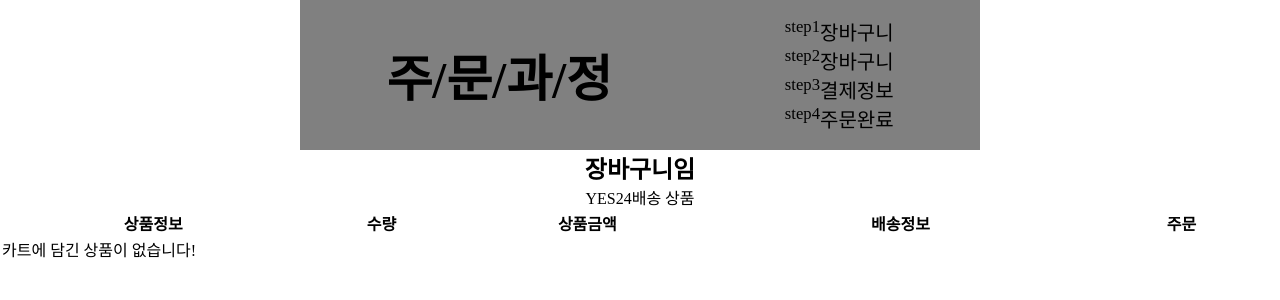
Repository: kym-1000/book
Page: http://localhost/book/WEB-INF/views/cart/cart1.jsp
These files come from the project's save history. The page is drawn as it stood at one moment and after the next save; the edit follows.
The browser window is 1280 px wide. The pictures show the whole page.
The page is served by Tomcat 9. Nobody is signed in. Other server files are loaded and not shown. The template is opened directly, without the code that normally fills it, so the values that code supplies are empty.

Above is the page before, as saved 2023-01-02 08:41:35.

### book/book/src/main/webapp/WEB-INF/views/cart/cart1.jsp
<%@ page language="java" contentType="text/html; charset=UTF-8"
    pageEncoding="UTF-8"%>
<!DOCTYPE html>
<html>
<head>
<meta charset="UTF-8">
<title>Insert title here</title>
	<style type="text/css">

		*{
			margin: auto;
			padding: 0;
		}

	</style>
</head>
<body>

	<jsp:include page="../cart/cartheader.jsp"></jsp:include>


	<h2 style="text-align: center;">장바구니임</h2>

	<table data-v-3db761a0="" width="100%" class="tb_nor tb_cart"><caption data-v-3db761a0="">
      YES24배송 상품
    </caption> <colgroup data-v-3db761a0=""><col data-v-3db761a0="" width="40"> <col data-v-3db761a0="" width="100"> <col data-v-3db761a0="" width="*"> <col data-v-3db761a0="" width="70"> <col data-v-3db761a0="" width="120"> <col data-v-3db761a0="" width="170"> <col data-v-3db761a0="" width="90"></colgroup> <thead data-v-3db761a0=""><tr data-v-3db761a0=""><th data-v-3db761a0="" colspan="3" scope="col" class="txt">상품정보</th> <th data-v-3db761a0="" scope="col" class="txt">수량</th> <th data-v-3db761a0="" scope="col" class="txt">상품금액</th> <th data-v-3db761a0="" scope="col" class="txt">배송정보</th> <th data-v-3db761a0="" scope="col" class="txt lastCol">주문</th></tr></thead> <tbody data-v-3db761a0=""><tr data-v-3db761a0=""><td data-v-3db761a0="" colspan="7" class="noData"><p data-v-3db761a0="" class="txt_tit">카트에 담긴 상품이 없습니다!</p></td></tr></tbody></table>
</body>
</html>

### book/book/src/main/webapp/WEB-INF/views/cart/cartheader.jsp
<%@ page language="java" contentType="text/html; charset=UTF-8"
    pageEncoding="UTF-8"%>
<%@ taglib uri="http://java.sun.com/jsp/jstl/core" prefix="c" %>
<!DOCTYPE html>
<html>
<head>
<meta charset="UTF-8">
<title>Insert title here</title>
<style type="text/css">

	#pagetop{
		margin-left: 300px;
		margin-right: 300px;
	    background-color: grey;
	    font-size: 20px;
		height: 150px;
		display : flex;
	  	/* justify-content : center; */
	  	align-items : center;
	}

</style>
</head>
<body>


	<div id="pagetop">
		<h2 style="text-align: left; font-size: 50px">
			주/문/과/정
		</h2>
		<div style="text-align: right;">

		<c:choose >
		<c:when test="${msg eq 1}">
		<div style="color: red">
		<sup>step1</sup>장바구니
		</div>
		</c:when>
		<c:otherwise>
		<div>
		<sup>step1</sup>장바구니
		</div>
		</c:otherwise>
		</c:choose>

		<c:choose>
		<c:when test="${msg eq 2}">
		<div style="color: red">
		<sup>step2</sup>배송정보
		</div>
		</c:when>
		<c:otherwise>
		<div>
		<sup>step2</sup>장바구니
		</div>
		</c:otherwise>
		</c:choose>

		<c:choose>
		<c:when test="${msg eq 3}">
		<div style="color: red">
		<sup>step3</sup>결제정보
		</div>
		</c:when>
		<c:otherwise>
		<div>
		<sup>step3</sup>결제정보
		</div>
		</c:otherwise>
		</c:choose>

		<c:choose>
		<c:when test="${msg eq 4}">
		<div style="color: red">
		<sup>step4</sup>주문완료
		</div>
		</c:when>
		<c:otherwise>
		<div>
		<sup>step4</sup>주문완료
		</div>
		</c:otherwise>
		</c:choose>

		</div>
	</div>

</body>
</html>

After the next save:
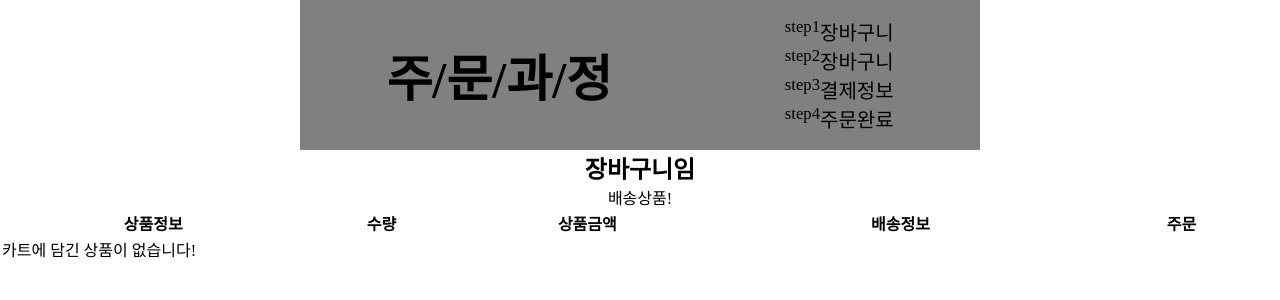
Saved 61 s later.
--- a/book/book/src/main/webapp/WEB-INF/views/cart/cart1.jsp
+++ b/book/book/src/main/webapp/WEB-INF/views/cart/cart1.jsp
@@ -21,8 +21,18 @@
 
 	<h2 style="text-align: center;">장바구니임</h2>
 
-	<table data-v-3db761a0="" width="100%" class="tb_nor tb_cart"><caption data-v-3db761a0="">
-      YES24배송 상품
-    </caption> <colgroup data-v-3db761a0=""><col data-v-3db761a0="" width="40"> <col data-v-3db761a0="" width="100"> <col data-v-3db761a0="" width="*"> <col data-v-3db761a0="" width="70"> <col data-v-3db761a0="" width="120"> <col data-v-3db761a0="" width="170"> <col data-v-3db761a0="" width="90"></colgroup> <thead data-v-3db761a0=""><tr data-v-3db761a0=""><th data-v-3db761a0="" colspan="3" scope="col" class="txt">상품정보</th> <th data-v-3db761a0="" scope="col" class="txt">수량</th> <th data-v-3db761a0="" scope="col" class="txt">상품금액</th> <th data-v-3db761a0="" scope="col" class="txt">배송정보</th> <th data-v-3db761a0="" scope="col" class="txt lastCol">주문</th></tr></thead> <tbody data-v-3db761a0=""><tr data-v-3db761a0=""><td data-v-3db761a0="" colspan="7" class="noData"><p data-v-3db761a0="" class="txt_tit">카트에 담긴 상품이 없습니다!</p></td></tr></tbody></table>
+	<table  width="100%" >
+	<caption >
+      배송상품!
+    </caption> <colgroup data-v-3db761a0="">
+    <col data-v-3db761a0="" width="40"> <col data-v-3db761a0="" width="100">
+     <col data-v-3db761a0="" width="*"> <col data-v-3db761a0="" width="70">
+      <col data-v-3db761a0="" width="120"> <col data-v-3db761a0="" width="170">
+      <col data-v-3db761a0="" width="90"></colgroup> <thead data-v-3db761a0="">
+      <tr data-v-3db761a0=""><th data-v-3db761a0="" colspan="3" scope="col" class="txt">상품정보</th>
+      <th data-v-3db761a0="" scope="col" class="txt">수량</th> <th data-v-3db761a0="" scope="col" class="txt">상품금액</th>
+      <th data-v-3db761a0="" scope="col" class="txt">배송정보</th> <th data-v-3db761a0="" scope="col" class="txt lastCol">주문</th></tr></thead>
+      <tbody data-v-3db761a0=""><tr data-v-3db761a0="">
+      <td data-v-3db761a0="" colspan="7" class="noData"><p data-v-3db761a0="" class="txt_tit">카트에 담긴 상품이 없습니다!</p></td></tr></tbody></table>
 </body>
 </html>
